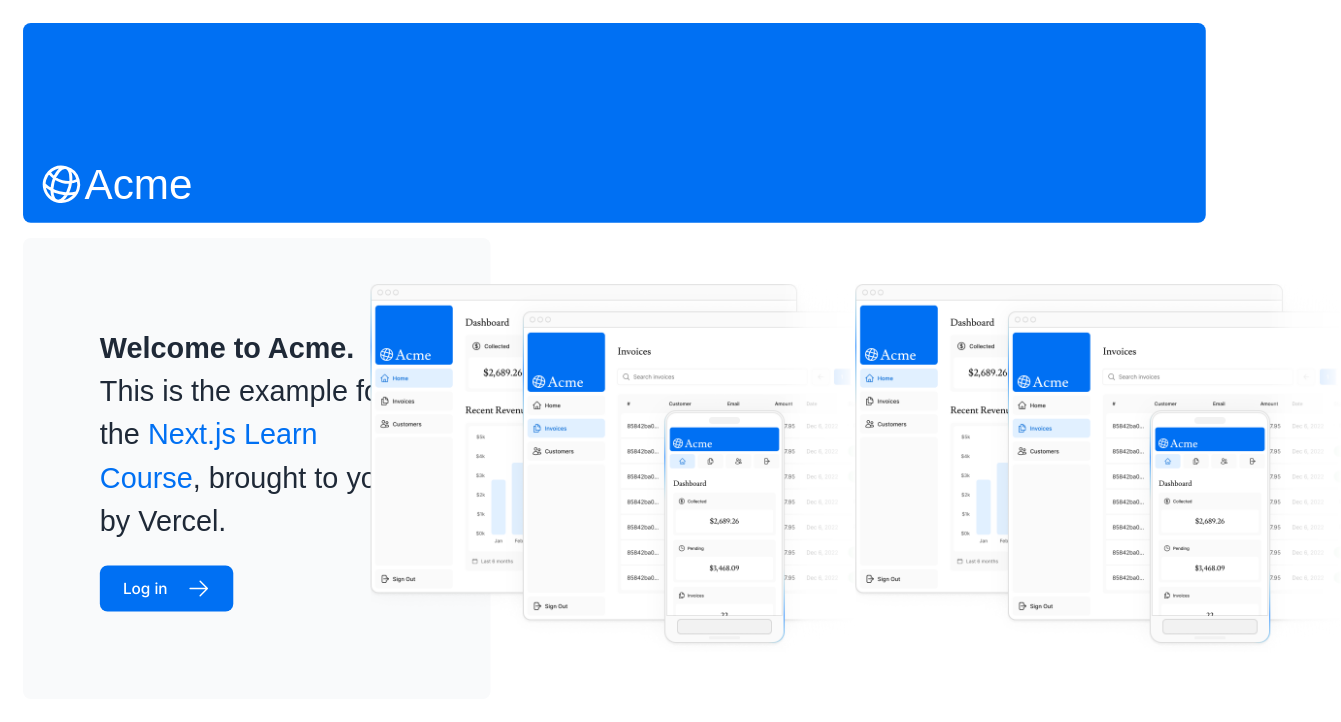
Repository: carlz812/nextjs-demo-dashboard
Page: /
An editor plug-in stored every save of this project. The page is shown before and after the next save, followed by the edit.
The browser window is 1280 px wide. The page is 1397 px wide, so the pictures cover 1397 px, including what lies to the right of the window. The pictures show the whole page, at 96% of full size.
Some web fonts or font styles are not loaded; a fallback is used. The project was rebuilt for these pictures with package versions that can differ from the ones it lists, and the page was loaded fresh each time. The framework's server and built-in components were replaced by stand-ins that run in the browser. Also part of the build but not shown: next.config.js.

Above is the page before, as saved 2023-11-27 15:27:48.

### app/page.tsx
import AcmeLogo from '@/app/ui/acme-logo';
import { ArrowRightIcon } from '@heroicons/react/24/outline';
import Link from 'next/link';
import { lusitana } from '@/app/ui/fonts';
import Image from 'next/image';

export default function Page() {
  return (
    <main className="flex min-h-screen flex-col p-6">
      <div className="flex h-20 shrink-0 items-end rounded-lg bg-blue-500 p-4 md:h-52">
        <AcmeLogo />
      </div>
      <div className="mt-4 flex grow flex-col gap-4 md:flex-row">
        <div className="flex flex-col justify-center gap-6 rounded-lg bg-gray-50 px-6 py-10 md:w-2/5 md:px-20">
          <p
            className={`${lusitana.className} text-xl text-gray-800 md:text-3xl md:leading-normal`}
          >
            <strong>Welcome to Acme.</strong> This is the example for the{' '}
            <a href="https://nextjs.org/learn/" className="text-blue-500">
              Next.js Learn Course
            </a>
            , brought to you by Vercel.
          </p>
          <Link
            href="/login"
            className="flex items-center gap-5 self-start rounded-lg bg-blue-500 px-6 py-3 text-sm font-medium text-white transition-colors hover:bg-blue-400 md:text-base"
          >
            <span>Log in</span> <ArrowRightIcon className="w-5 md:w-6" />
          </Link>
        </div>
        <div className="flex items-center justify-center p-6 md:w-3/5 md:px-28 md:py-12">
          <Image
            src="/hero-desktop.png"
            width={1000}
            height={760}
            className="hidden md:block"
            alt="Screenshots of the dashboard project showing desktop version"
          />
          <Image
            src="/hero-desktop.png"
            width={1000}
            height={760}
            className="hidden md:block"
            alt="Screenshots of the dashboard project showing desktop version"
          />
        </div>
      </div>
    </main>
  );
}

### app/ui/fonts.ts
import { Inter, Lusitana } from 'next/font/google';

export const inter = Inter({ subsets: ['latin'] });
export const lusitana = Lusitana({ weight: ['400', '700'], subsets: ['latin'], });

Loaded but not shown: app/layout.tsx (common file); app/ui/global.css (common file); app/ui/acme-logo.tsx (common file); tailwind.config.ts (common file)

After the next save:
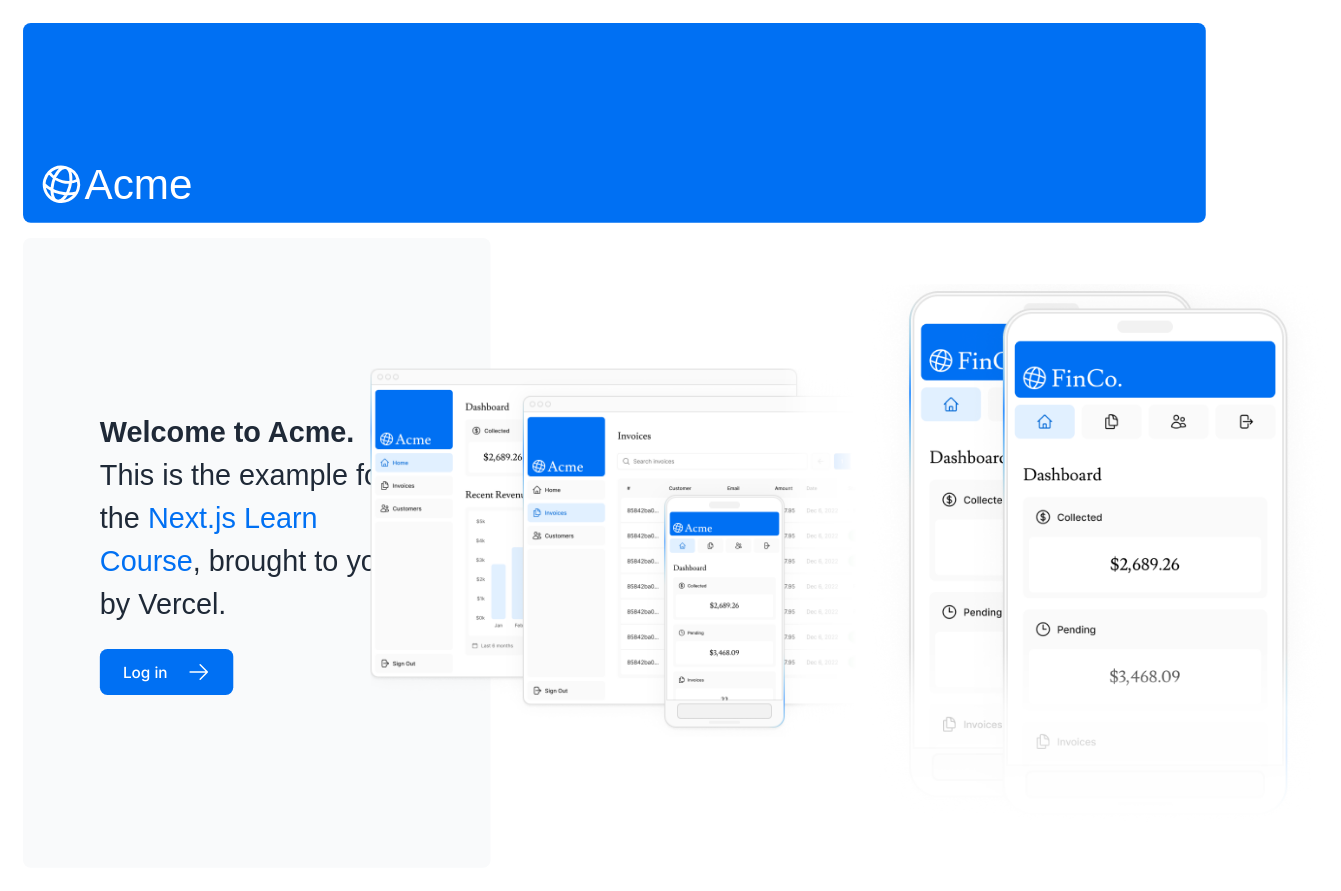
Saved 5 s later.
--- a/app/page.tsx
+++ b/app/page.tsx
@@ -37,7 +37,7 @@
             alt="Screenshots of the dashboard project showing desktop version"
           />
           <Image
-            src="/hero-desktop.png"
+            src="/hero-mobile.png"
             width={1000}
             height={760}
             className="hidden md:block"
